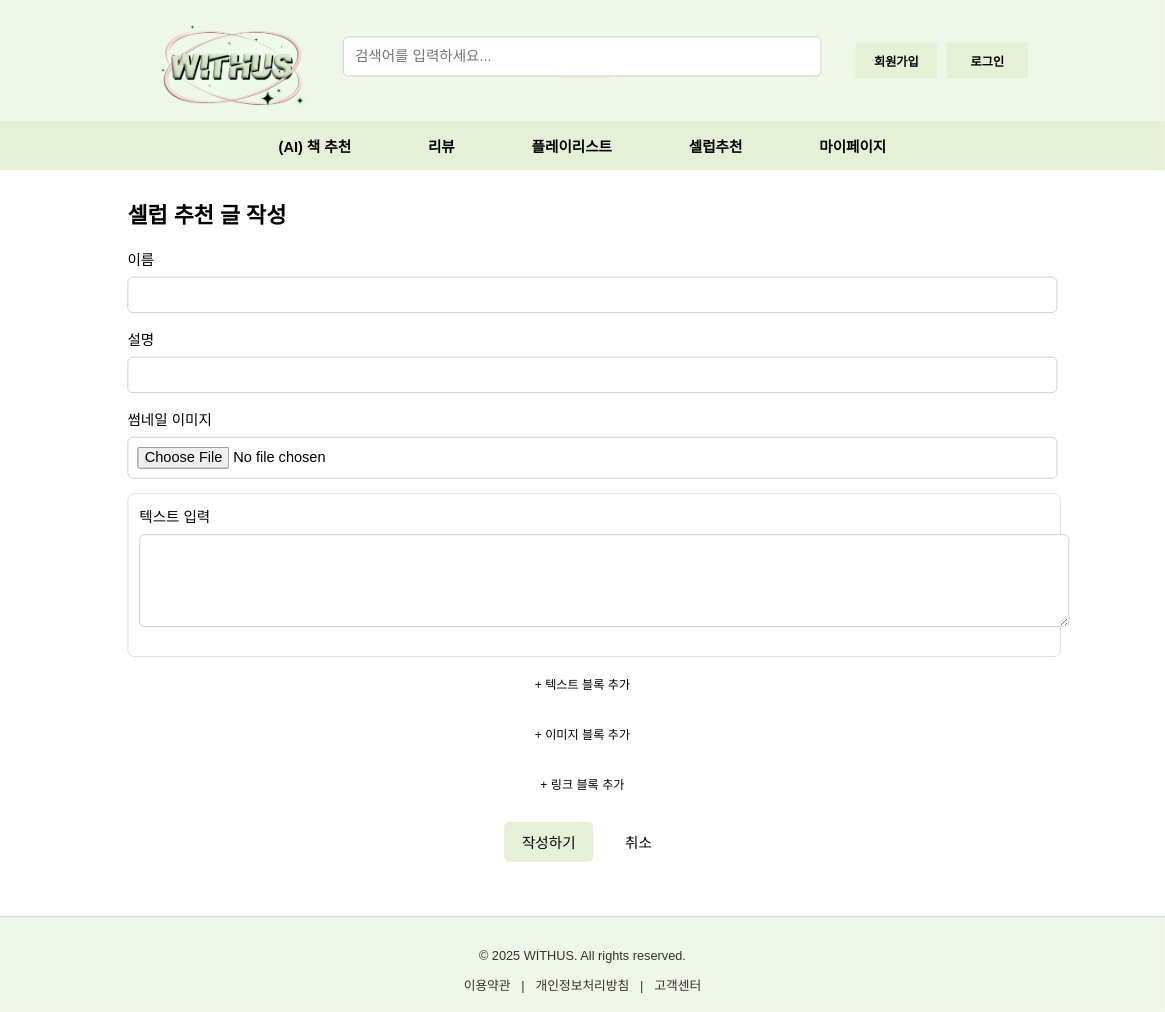
Repository: book-recommendation-team/book_recommendation_web_project
Page: http://localhost/2025_teamproject/celebForm.jsp
These files come from the project's save history. The page is drawn as it stood at one moment and after the next save; the edit follows.
The browser window is 1280 px wide. The pictures show the whole page, at 91% of full size.
The page is served by Tomcat 9. Other server files are loaded and not shown.

Above is the page before, as saved 2025-07-03 03:49:59.

### 2025_teamproject/src/main/webapp/celebForm.jsp
<%@ page contentType="text/html; charset=UTF-8" language="java"%>
<!DOCTYPE html>
<html>
<link rel="stylesheet"
	href="https://cdnjs.cloudflare.com/ajax/libs/font-awesome/6.5.0/css/all.min.css" />
<link rel="stylesheet" href="./css/celebList.css" />
<%@ include file="css/main_css.jsp"%>
<link rel="icon" href="img/icon2.png" type="image/x-icon">
<head>
<title>게시글 작성</title>
<style>
body {
	font-family: 'Arial', sans-serif;
	margin: 0;
	padding: 0;
	background-color: #fff;
	padding: 0;
}

.container {
	max-width: 1000px;
	margin: 30px auto;
}

h2 {
	margin-bottom: 20px;
}

input[type="text"], input[type="file"], textarea {
	width: 100%;
	padding: 10px;
	margin-top: 8px;
	margin-bottom: 16px;
	border: 1px solid #ccc;
	border-radius: 6px;
	font-size: 1rem;
}

.editor-block {
	width: 100%;
	border: 1px solid #ddd;
	padding: 12px;
	border-radius: 8px;
	margin-bottom: 12px;
	background-color: #fff;
}

.editor-block textarea {
	resize: vertical;
	min-height: 80px;
}

.editor-block input[type="file"] {
	background-color: #f4f4f4;
}

.button-box {
	text-align: center;
	margin-top: 24px;
}

.button-box button {
	padding: 10px 20px;
	font-size: 1rem;
	border: none;
	border-radius: 6px;
	margin-left: 10px;
	cursor: pointer;
}

.submit-btn {
	background-color: #e6f0d7;
	color: black;
}

.cancel-btn {
	background-color: #fff;
	color: black;
}

.add-block-btn {
	display: block;
	margin: 0 auto 20px;
	padding: 8px 16px;
	border-radius: 6px;
	background-color: #fff;
	color: black;
	border: none;
	cursor: pointer;
}
</style>
</head>

<body>
	<header>
		<div id="logo">
			<a href="main.jsp"> <img src="img/logo.png" alt="로고">
			</a>
		</div>

		<div class="search-group">
			<input type="text" id="search-box" placeholder="검색어를 입력하세요..." />
			<button id="search-btn">검색</button>
		</div>
		<div id="user-buttons">
			<button id="join-btn" onclick="location.href='join.jsp'">회원가입</button>
			<button id="login-btn" onclick="location.href='Login.jsp'">로그인</button>
		</div>
	</header>

	<nav>
		<a href="#">(AI) 책 추천</a> <a
			href="${pageContext.request.contextPath}/reviewList">리뷰</a> <a
			href="#">플레이리스트</a> <a
			href="${pageContext.request.contextPath}/celebList">셀럽추천</a> <a
			href="#">마이페이지</a>
	</nav>
	<div class="container">

		<h2>셀럽 추천 글 작성</h2>

		<form action="submitCelebPost" method="post"
			enctype="multipart/form-data">
			<label>이름</label> <input type="text" name="title" required> <label>설명</label>
			<input type="text" name="desc" required> <label>썸네일 이미지</label>
			<input type="file" name="thumbnail" accept="image/*">

			<div id="editor-area">
				<div class="editor-block">
					<label>텍스트 입력</label>
					<textarea name="contentBlock1_text"></textarea>
				</div>
			</div>

			<div style="text-align: center; margin-bottom: 20px;">
				<button type="button" class="add-block-btn"
					onclick="addEditorBlock('text')">+ 텍스트 블록 추가</button>
				<button type="button" class="add-block-btn"
					onclick="addEditorBlock('image')">+ 이미지 블록 추가</button>
					<button type="button" class="add-block-btn"
	onclick="addEditorBlock('link')">+ 링크 블록 추가</button>
			</div>


			<div class="button-box">
				<button type="submit" class="submit-btn">작성하기</button>
				<button type="button" class="cancel-btn" onclick="history.back()">취소</button>
			</div>
		</form>
	</div>

		<footer>
		<div class="footer-container">
			<p>&copy; 2025 WITHUS. All rights reserved.</p>
			<div class="footer-links">
				<a href="#">이용약관</a> | <a href="#">개인정보처리방침</a> | <a href="#">고객센터</a>
			</div>
		</div>
	</footer>
	<script>
	let blockCount = 1;

	function addEditorBlock(type) {
		blockCount++;
		const editorArea = document.getElementById("editor-area");

		const blockDiv = document.createElement("div");
		blockDiv.className = "editor-block";

		if (type === "text") {
			blockDiv.innerHTML = `
				<label>텍스트 입력</label>
				<textarea name="contentBlock${blockCount}_text"></textarea>
			`;
		} else if (type === "image") {
			blockDiv.innerHTML = `
				<label>이미지 업로드</label>
				<input type="file" name="contentBlock${blockCount}_image" accept="image/*">
			`;
		} else if (type === "link") {
			blockDiv.innerHTML = `
				<label>책 제목</label>
				<input type="text" name="contentBlock${blockCount}_title" />

				<label>저자</label>
				<input type="text" name="contentBlock${blockCount}_author" />

				<label>출판사</label>
				<input type="text" name="contentBlock${blockCount}_publisher" />

				<label>발매일</label>
				<input type="text" name="contentBlock${blockCount}_pubDate" placeholder="예: 2022.07.20" />

				<label>책 표지 이미지</label>
				<input type="file" name="contentBlock${blockCount}_image" accept="image/*" />

				<label>책 링크</label>
				<input type="text" name="contentBlock${blockCount}_link" placeholder="https://..." />

				<label>설명</label>
				<textarea name="contentBlock${blockCount}_desc"></textarea>
			`;
		} else {
			alert("알 수 없는 블록 타입입니다.");
			return;
		}

		editorArea.appendChild(blockDiv);
	}

</script>


</body>
</html>

### 2025_teamproject/src/main/webapp/css/main_css.jsp
<%@ page language="java" contentType="text/html; charset=UTF-8"
    pageEncoding="UTF-8"%>
<!DOCTYPE html>
<style>
  /* 기본 스타일 (기존 유지) */
body {
    font-family: 'Arial', sans-serif;
    margin: 0;
    padding: 0;
    background-color: #fff;
}

header {
    display: flex;
    justify-content: space-between;
    align-items: center;
    background-color: #eff7e8;
    padding: 0px;
}

#logo img {
    width: 200px;
    height: auto;
    margin-left: 150px;
}

#logo a img {
    cursor: pointer;
}

#search-box {
    padding: 12px;
    width: 500px;
    border: 1px solid #ccc;
    position: absolute;
    left: 50%;
    transform: translateX(-50%);
}

.search-group {
    position: absolute;
    left: 50%;
    transform: translateX(-50%);
    display: flex;
    align-items: center;
}

#search-btn {
    background-color: #e6f0d7;
    border: none;
    padding: 10px 16px;
    margin-left: 8px;
    font-weight: bold;
    cursor: pointer;
    border-radius: 4px;
}

#search-btn:hover {
    background-color: #cce0b8;
}

#logout-btn,
#user-buttons button {
    background-color: #e6f0d7;
    border: none;
    padding: 10px 16px;
    cursor: pointer;
    width: 90px;
    font-weight: bold;
}

nav {
    background-color: #e6f0d7;
    text-align: center;
    padding: 15px 0;
}

nav a {
    text-decoration: none;
    margin: 0 40px;
    color: #000;
    font-weight: bold;
}

nav a:hover {
    text-decoration: underline;
}

#user-buttons {
    display: flex;
    gap: 10px;
    margin-right: 150px;
}

.banner {
    position: relative;
    width: 100%;
    height: 650px;
    overflow: hidden;
    background-color: #ffe04d;
}

.banner img {
    position: absolute;
    top: 0;
    left: 0;
    width: 100%;
    height: 100%;
    object-fit: cover;
    object-position: center center;
    opacity: 0.8;
    z-index: 1;
}

.banner-controls {
    position: absolute;
    bottom: 10px;
    right: 10px;
    z-index: 3;
    display: flex;
    gap: 6px;
}

.banner-controls button {
    background-color: rgba(255, 193, 7, 0.9);
    border: none;
    padding: 6px 8px;
    font-size: 14px;
    border-radius: 5px;
    cursor: pointer;
    color: #000;
    transition: background-color 0.3s ease;
}

.banner-controls button:hover {
    background-color: rgba(255, 160, 0, 0.95);
}

.section-title {
    background-color: #e6f0d7;
    display: flex;
    justify-content: center;
    flex-wrap: wrap;
    gap: 34px;
    padding: 18px 0;
     width: 100%;        /* ✅ 추가 */
    margin: 8px 0;      /* ✅ 가운데 정렬 제거 */
}

.section-title a {
    text-decoration: none;
    margin: 0 20px;
    color: #000;
    font-weight: bold;
}

.section-title a:hover {
    text-decoration: underline;
}

.main_list {
    padding: 20px;
    text-align: center;
}

.tag-list {
    display: flex;
    justify-content: center;
    flex-wrap: wrap;
    gap: 12px;
    margin: 20px 0;
}

.tag-button {
    background-color: #e6f0d7; /* 기본 연그린 */
    border: 1px solid transparent;
    padding: 8px 16px;
    border-radius: 20px;
    font-size: 14px;
    color: #446b3c; /* 그린 계열 텍스트 */
    cursor: pointer;
    font-weight: 600;
    transition: background-color 0.3s, color 0.3s, border 0.3s;
    outline: none;
}

.tag-button:hover {
    background-color: #d0e6c5;             /* hover 시 약간 더 진한 그린 */
    color: #2e4f25;
}

.tag-button.active {
    background-color: #c0dab0;             /* 클릭됐을 때 조금 더 강조 */
    border: 1px solid #8cb78a;             /* 테두리도 자연스러운 초록 */
    color: #2e4f25;                        /* 글자도 어울리는 진한 그린 */
}

.tag-button:focus {
    outline: none;
    box-shadow: none;
}

/* 책 슬라이더 스타일 */
.book-carousel {
    position: relative;
    max-width: 1000px;
    margin: 0 auto 40px auto;
    overflow: hidden;
}

.carousel-window {
    width: 1000px;
    overflow: hidden;
    margin: 0 auto;
}

.carousel-track {
    display: flex;
    transition: transform 0.5s ease;
}

/* 이전/다음 버튼 - 위치 고정, 색상 조정 */
.carousel-btn {
    position: absolute;
    top: 50%;
    transform: translateY(-50%);
    font-size: 26px;
    background-color: #f3f8ef;
    border: none;
    color: #444;
    cursor: pointer;
    padding: 8px 12px;
    border-radius: 50%;
    z-index: 2;
    display: flex;
    align-items: center;
    justify-content: center;
    transition: background-color 0.3s, color 0.3s;
    user-select: none;
}

.carousel-btn:hover {
    background-color: #c8dfb5;
    color: #000;
}

.carousel-btn.prev {
    left: 10px;
}

.carousel-btn.next {
    right: 10px;
}

.book-item {
    flex: 0 0 25%;
    text-align: center;
    padding: 10px;
    box-sizing: border-box;
}

.book-item img {
    width: 180px;
    height: 260px;
    object-fit: cover;
    border-radius: 6px;
}

.book-info {
    margin-top: 8px;
}

.book-title {
    font-size: 14px;
    font-weight: bold;
    margin-top: 10px;
    color: #444;
}

.book-author {
    font-size: 12px;
    color: #666;
}

footer {
    background-color: #eff7e8;
    color: #333;
    padding: 20px 0;
    text-align: center;
    font-size: 14px;
    border-top: 1px solid #ccc;
    margin-top: 60px;
}

.footer-container {
    max-width: 1000px;
    margin: 0 auto;
}

.footer-links a {
    color: #333;
    text-decoration: none;
    margin: 0 8px;
}

.footer-links a:hover {
    text-decoration: underline;
}

 /* 이전/다음 버튼 스타일 */
#carousel-prev-btn, #carousel-next-btn {
    font-size: 18px;
    padding: 5px 12px;
    margin: 10px 5px 20px 5px;
    cursor: pointer;
    border: 1px solid #446b3c;
    background: white;
    color: #446b3c;
    border-radius: 4px;
}
#carousel-prev-btn:hover, #carousel-next-btn:hover {
    background-color: #446b3c;
    color: white;
}
</style>

### 2025_teamproject/src/main/webapp/css/celebList.css
@charset "UTF-8";

body {
	font-family: 'Arial', sans-serif;
	margin: 0;
	padding : 0;
	background-color: #fff;
	padding: 0;
}

.container {
	max-width: 1200px;
	margin: 30px auto;
}

.grid {
	display: grid;
	grid-template-columns: repeat(auto-fill, minmax(220px, 1fr));
	gap: 30px;
}

.card {
	margin-top: 20px;
	position: relative;
	background-color: #fff;
	border-radius: 5px;
	overflow: hidden;
	box-shadow: 0 4px 10px rgba(0, 0, 0, 0.08);
	transition: transform 0.2s ease;
	text-decoration: none;
	color: #000;
}

.card:hover {
	transform: translateY(-2px);
}

.card img {
	width: 100%;
	height: 260px;
	object-fit: cover;
}

.card-content {
	padding: 12px 14px;
}

.card-title {
	font-size: 1rem;
	font-weight: bold;
	margin-bottom: 5px;
}

.card-desc {
	font-size: 0.875rem;
	color: #555;
	line-height: 1.4;
	height: 2.6em;
	overflow: hidden;
	text-overflow: ellipsis;
}

/* 북마크 아이콘 */
.bookmark-icon {
	position: absolute;
	top: 12px;
	right: 12px;
	font-size: 1.2rem;
	color: rgba(255, 255, 255, 0.5);
	padding: 6px;
	border-radius: 50%;
	transition: color 0.2s ease;
}

.bookmark-icon:hover {
	color: #fff;
}

#topBtn {
	position: fixed;
	bottom: 40px;
	right: 40px;
	z-index: 9999;
	background-color: white;
	color: gray;
	border: none;
	border-radius: 50%;
	padding: 16px 18px;
	cursor: pointer;
	box-shadow: 0 8px 8px rgba(0,0,0,0.4);
	font-size: 1.5rem;
}

After the next save:
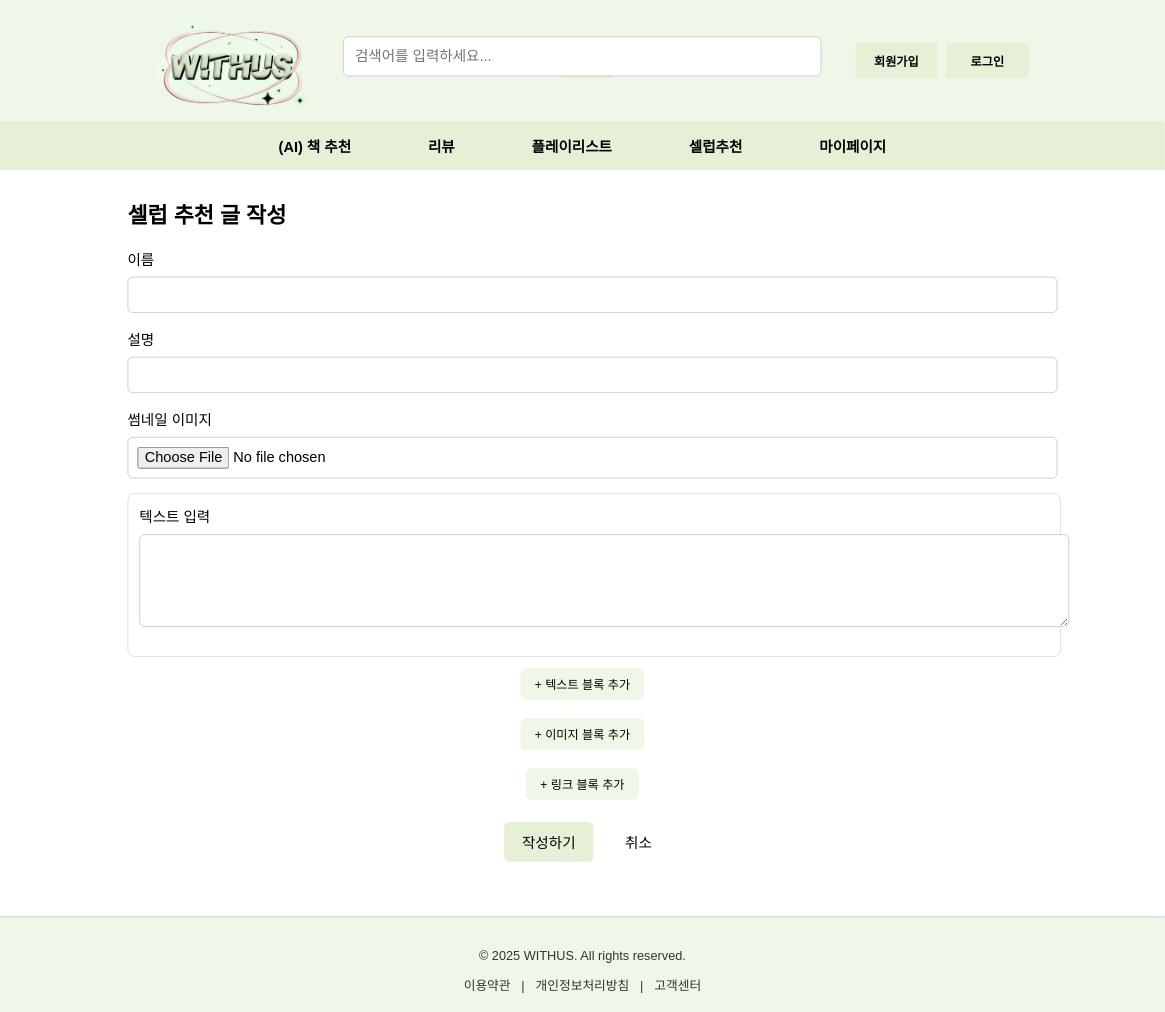
Saved 67 s later.
--- a/2025_teamproject/src/main/webapp/celebForm.jsp
+++ b/2025_teamproject/src/main/webapp/celebForm.jsp
@@ -83,7 +83,7 @@ input[type="text"], input[type="file"], textarea {
 	margin: 0 auto 20px;
 	padding: 8px 16px;
 	border-radius: 6px;
-	background-color: #fff;
+	background-color: #eff7e8;
 	color: black;
 	border: none;
 	cursor: pointer;
